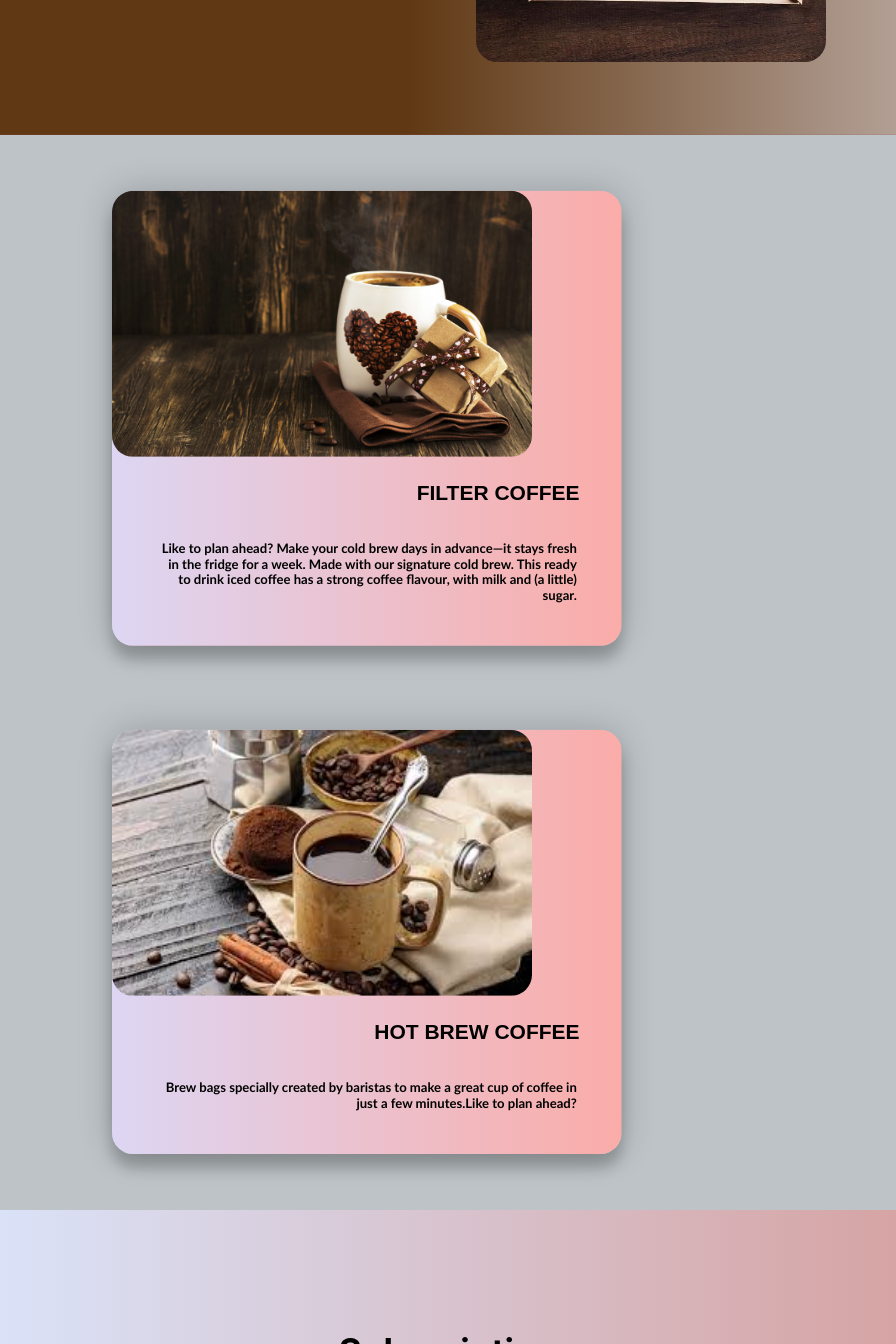
Repository: tusharpasricha/owlsomecoffee
Page: /
An editor plug-in stored every save of this project. The page is shown before and after the next save, followed by the edit.
The browser window is 1280 px wide. The pictures show the part of the page from y = 1321 to 3241 px (the page is 4456 px tall), at 70% of full size.
Some web fonts or font styles are not loaded; a fallback is used. The project was rebuilt for these pictures with package versions that can differ from the ones it lists, and the page was loaded fresh each time. Also part of the build but not shown: src/components/coupons.css, src/components/coupons.js, src/components/order.css, src/components/order.js, src/components/location.css, src/components/location.js.

Above is the page before, as saved 2021-09-28 11:49:01.

After the next save:
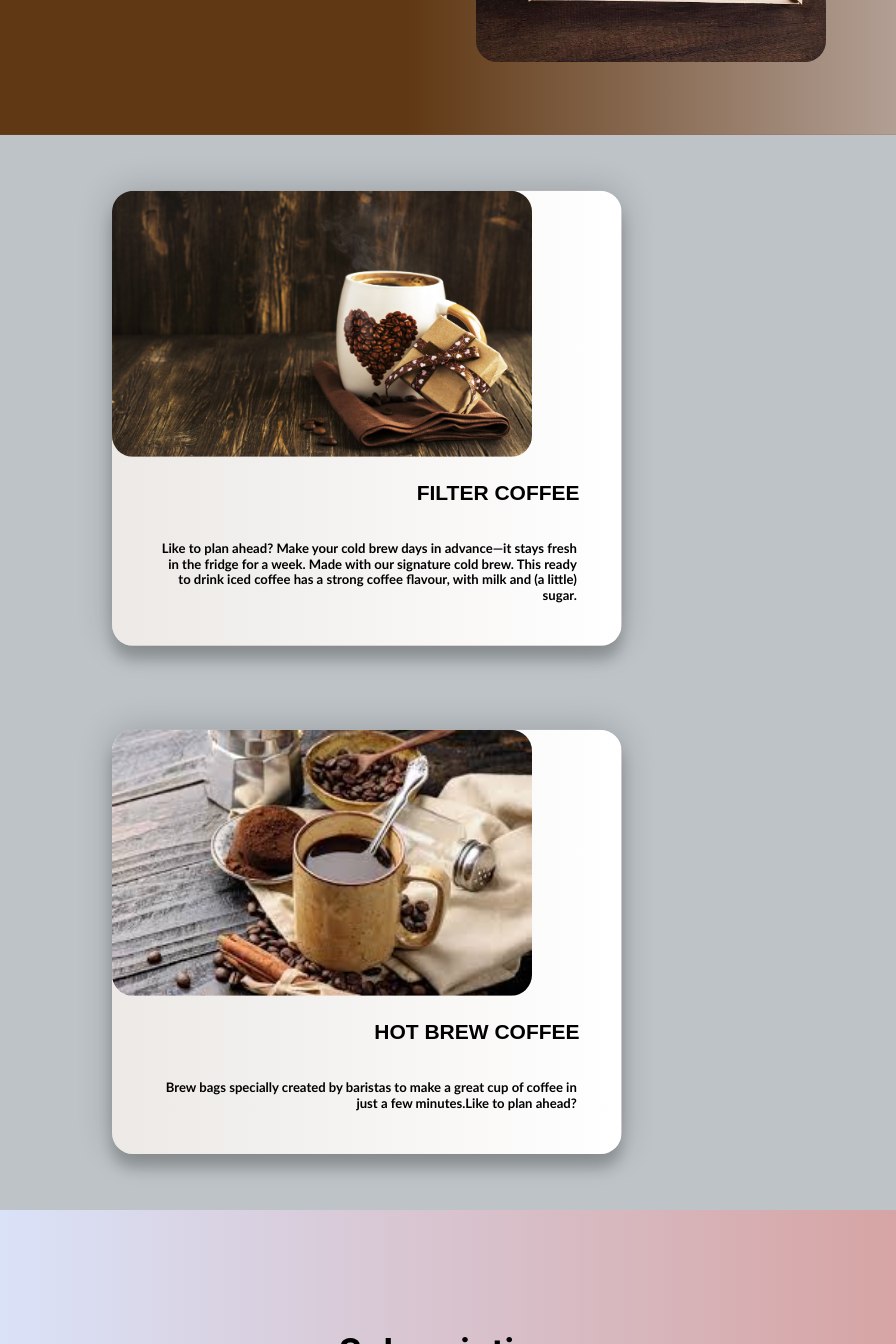
Saved 107 s later.
--- a/src/components/deal.css
+++ b/src/components/deal.css
@@ -28,7 +28,7 @@
     flex-direction: column; */
     width: 70%;
     margin: 40px;
-    background-image: linear-gradient(to right,#ddd6f3,#faaca8);
+    background-image: linear-gradient(to right,#ece9e6,#ffffff);
 
     /* transform-style: preserve-3d; */
     background-color: rgba(196, 116, 116, 0.938);
